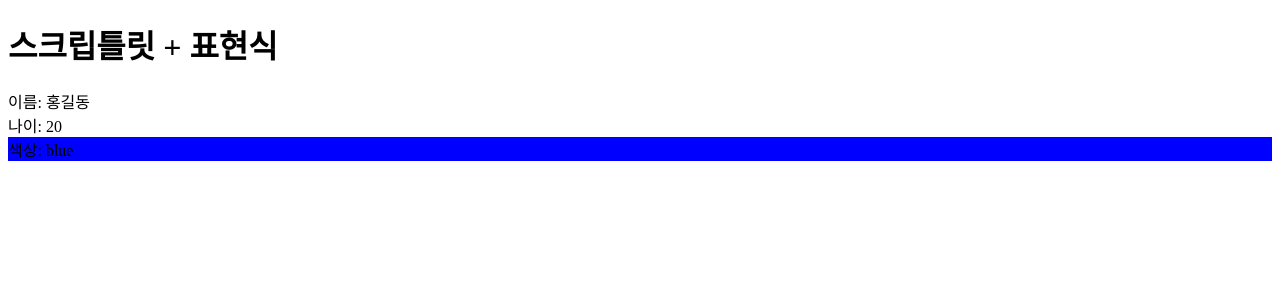
Repository: sungken/JSP
Page: http://localhost/JSPTest/ex06_script.jsp
These files come from the project's save history. The page is drawn as it stood at one moment and after the next save; the edit follows.
The browser window is 1280 px wide. The pictures show the whole page.
The page is served by Tomcat 9.

Above is the page before, as saved 2024-04-01 06:48:50.

### JSPTest/src/main/webapp/ex06_script.jsp
<%@ page language="java" contentType="text/html; charset=UTF-8"
    pageEncoding="UTF-8"%>
<%
	//비지니스 코드 작업 위치

	//Connection conn;
	//PrepapredStatement stat
	// ResultSet rs;
	// rs.getString("name");

	String name = "홍길동";
	int age = 20;
	String color = "blue";

%>
<!DOCTYPE html>
<html>
<head>
<meta charset="UTF-8">
<title>Insert title here</title>
</head>
<body>
	<!-- ex06_script.jsp -->
	<%-- 주석 --%>


	<h1>스크립틀릿 + 표현식</h1>

	<div>이름: <%= name %></div>
	<div>나이: <%= age %></div>
	<div style="background-color: <%= color %>">색상: <%= color %></div>
</body>
</html>

After the next save:
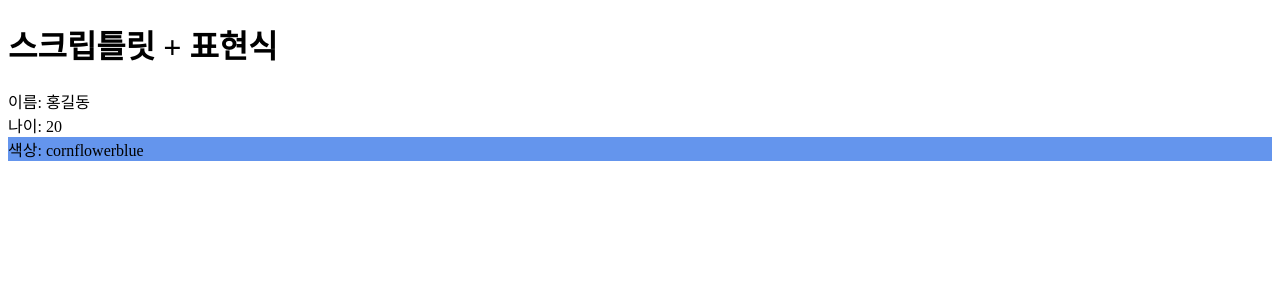
Saved 11 s later.
--- a/JSPTest/src/main/webapp/ex06_script.jsp
+++ b/JSPTest/src/main/webapp/ex06_script.jsp
@@ -10,7 +10,8 @@
 
 	String name = "홍길동";
 	int age = 20;
-	String color = "blue";
+	String color = "cornflowerblue";
+	String css = "font-size: 3rem;";
 
 %>
 <!DOCTYPE html>
@@ -29,5 +30,8 @@
 	<div>이름: <%= name %></div>
 	<div>나이: <%= age %></div>
 	<div style="background-color: <%= color %>">색상: <%= color %></div>
+
+
+
 </body>
 </html>
